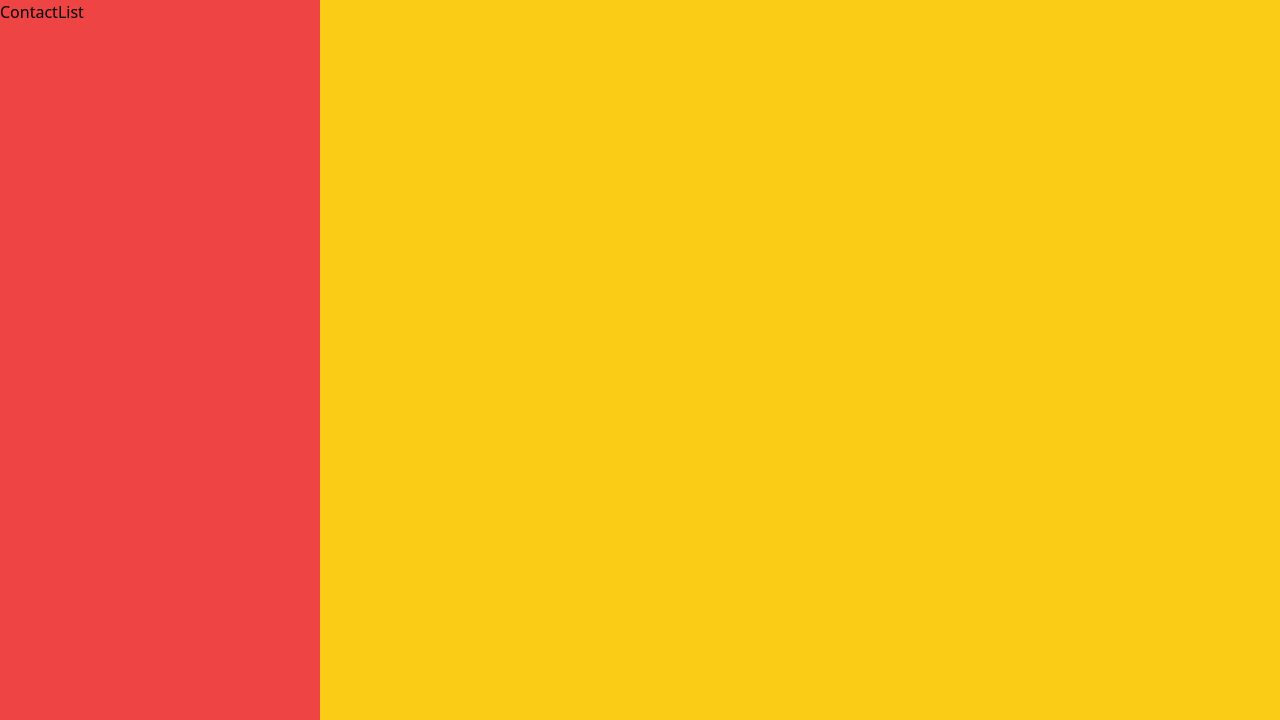
Repository: theanmol-raj/whatsapp
Page: /
The author's editor kept a copy of each file at every save. The page is drawn from the files as they stood at one save, then again after the next save.
The browser window is 1280 px wide. The pictures show the whole page.
The project was rebuilt for these pictures with package versions that can differ from the ones it lists, and the page was loaded fresh each time.

Above is the page before, as saved 2022-12-02 22:11:45.

### src/index.js
import React from 'react';
import ReactDOM from 'react-dom/client';
import './index.css';
import App from './App';






const root = ReactDOM.createRoot(document.getElementById('root'));

root.render(
  <App />
);

### src/App.js
import Homescreen from "./Screens/Homescreen";

function App() {

  return (
    <div className="h-screen w-screen bg-slate-900">
      <Homescreen />
      {/* LoginScreen */}
    </div>
  );
}

export default App;

### src/Screens/Homescreen.jsx
import React from 'react'
import ChatScreen from '../Components/ChatScreen'
import ContactList from '../Components/ContactList'

function Homescreen() {
  return (
    <div className=' w-full max-w-[95rem] grid grid-cols-4 h-screen bg-red-500 mx-auto'>
        {/* Contact List */}
            <ContactList />
        {/* Message Box */}
            <ChatScreen />

    </div>
  )
}

export default Homescreen

### src/Components/ChatScreen.jsx
import React from 'react'

function ChatScreen() {
  return (
    <div className=' bg-yellow-400 col-span-3 relative'>

    </div>
  )
}

export default ChatScreen

### src/Components/ContactList.jsx
import React from 'react'

function ContactList() {
  return (
    <div>ContactList</div>
  )
}

export default ContactList

Loaded but not shown: public/index.html (common file); src/index.css (common file); tailwind.config.js (common file)

After the next save:
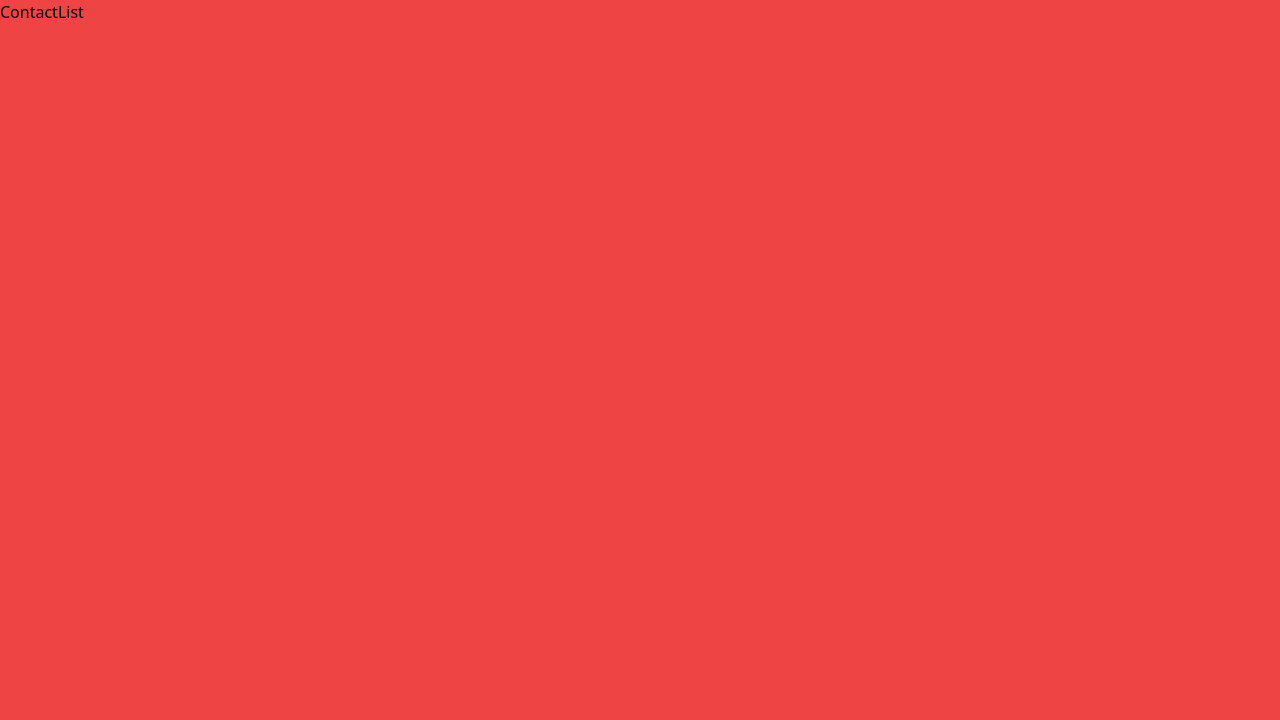
Saved 40 s later.
--- a/src/Components/ChatScreen.jsx
+++ b/src/Components/ChatScreen.jsx
@@ -2,7 +2,7 @@
 
 function ChatScreen() {
   return (
-    <div className=' bg-yellow-400 col-span-3 relative'>
+    <div className=' bg-yellow-40 col-span-3 relative'>
 
     </div>
   )

After the save that followed:
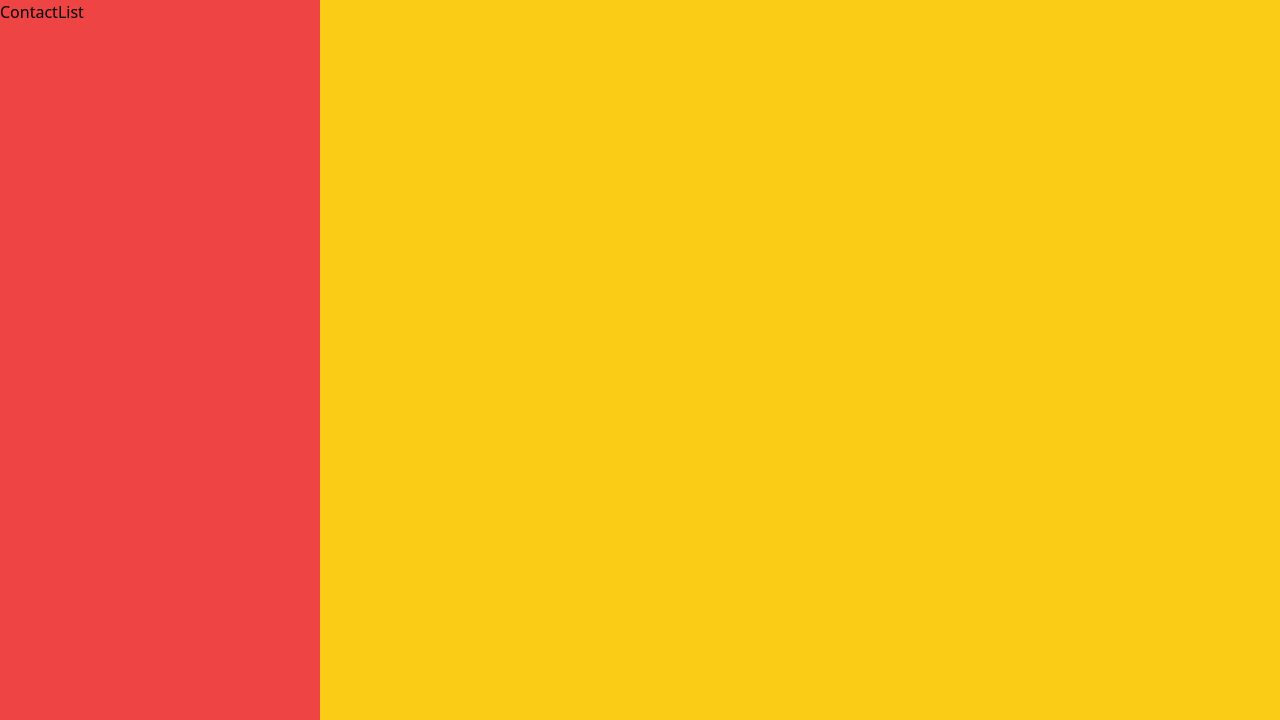
Saved 83 s later.
--- a/src/Components/ChatScreen.jsx
+++ b/src/Components/ChatScreen.jsx
@@ -2,7 +2,7 @@
 
 function ChatScreen() {
   return (
-    <div className=' bg-yellow-40 col-span-3 relative'>
+    <div className=' bg-yellow-400 col-span-3 relative'>
 
     </div>
   )
